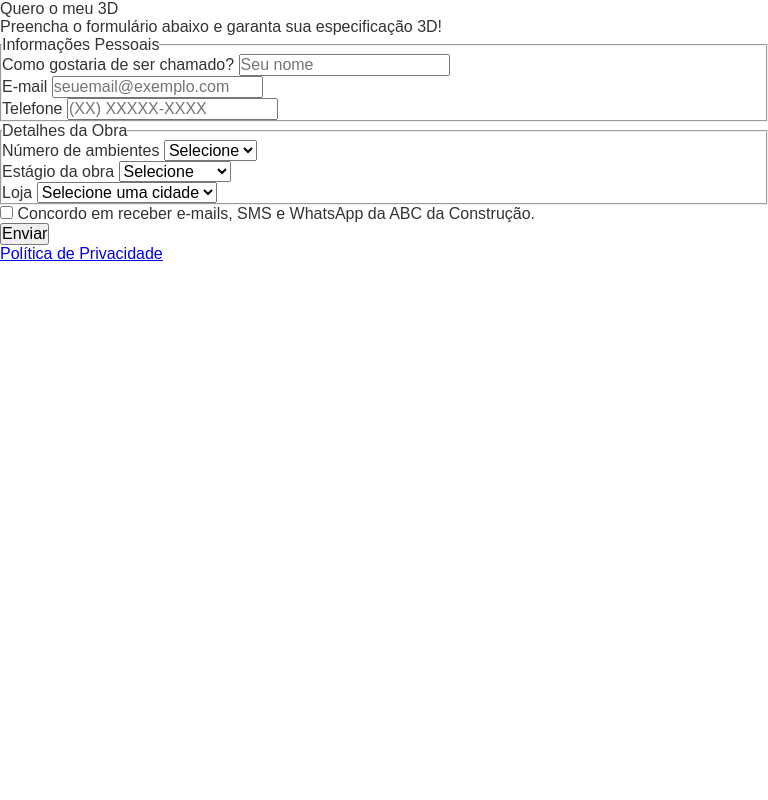
Repository: douglasabnovato/model-lp
Page: index11.html
An editor plug-in stored every save of this project. The page is shown before and after the next save, followed by the edit.
The browser window is 768 px wide. The pictures show the whole page.

Above is the page before, as saved 2025-03-07 19:10:47.

### index11.html
<!DOCTYPE html>
<html lang="en">
<head>
    <meta charset="UTF-8">
    <meta name="viewport" content="width=device-width, initial-scale=1.0">
    <title>Forms</title>
    <link rel="stylesheet" href="./style11.css">
</head>
<body>
    <section class="abc-formulario">
        <div class="formulario">
            <h3>Quero o meu 3D</h3>
            <div class="linha-separadora"></div>
            <p>Preencha o formulário abaixo e garanta sua especificação 3D!</p>

            <form action="/seu-script-de-envio" method="post" class="form-3d">
                <fieldset>
                    <legend>Informações Pessoais</legend>
                    <div class="campo">
                        <label for="nome">Como gostaria de ser chamado?</label>
                        <input type="text" id="nome" name="nome" placeholder="Seu nome" required aria-required="true">
                    </div>
                    <div class="campo">
                        <label for="email">E-mail</label>
                        <input type="email" id="email" name="email" placeholder="seuemail@exemplo.com" required aria-required="true">
                    </div>
                    <div class="campo">
                        <label for="telefone">Telefone</label>
                        <input type="tel" id="telefone" name="telefone" placeholder="(XX) XXXXX-XXXX" required aria-required="true">
                    </div>
                </fieldset>

                <fieldset>
                    <legend>Detalhes da Obra</legend>
                    <div class="campo">
                        <label for="num_ambiente">Número de ambientes</label>
                        <select id="num_ambiente" name="num_ambiente" required aria-required="true">
                            <option value="" disabled selected>Selecione</option>
                            <option value="1">1</option>
                            <option value="2">2</option>
                            <option value="3">3</option>
                        </select>
                    </div>
                    <div class="campo">
                        <label for="estado_obra">Estágio da obra</label>
                        <select id="estado_obra" name="estado_obra" required aria-required="true">
                            <option value="" disabled selected>Selecione</option>
                            <option value="fundacao">Fundação</option>
                            <option value="alvenaria">Alvenaria</option>
                            <option value="acabamento">Acabamento</option>
                        </select>
                    </div>
                    <div class="campo">
                        <label for="loja">Loja</label>
                        <select id="loja" name="loja" required aria-required="true">
                            <option value="" disabled selected>Selecione uma cidade</option>
                            <option value="acre">Acre</option>
                            <option value="alagoas">Alagoas</option>
                            <option value="amapa">Amapá</option>
                            <option value="amazonas">Amazonas</option>
                            <option value="bahia">Bahia</option>
                        </select>
                    </div>
                </fieldset>

                <div class="campo checkbox-container">
                    <input type="checkbox" id="newsletter" name="newsletter" value="newsletter">
                    <label for="newsletter">Concordo em receber e-mails, SMS e WhatsApp da ABC da Construção.</label>
                </div>

                <div class="campo">
                    <button type="submit" class="cta-button">Enviar</button>
                </div>
            </form>

            <p class="politica-privacidade">
                <a href="/politica-privacidade" aria-label="Link para a política de privacidade">Política de Privacidade</a>
            </p>

        </div>
    </section>
</body>
</html>

### style11.css
/* Variáveis CSS */
:root {
    --cor-fundo-principal: #FFFFFF;
    --cor-texto-principal: #333;
    --cor-azul-destaque: #0D6A90;
    --cor-verde-destaque: #87C34A;
    --cor-cinza-claro: #D6DADB;
    --cor-cinza-medio: #838588;
    --tamanho-fonte-base: 1rem;
    --espacamento-base: 1rem;
}

/* Estilos Globais */
* {
    box-sizing: border-box;
    margin: 0;
    padding: 0;
    font-family: 'Montserrat', sans-serif;
    font-size: var(--tamanho-fonte-base);
    font-weight: 400;
}

body {
    background-color: var(--cor-fundo-principal);
    color: var(--cor-texto-principal);
}

/* Componente: Formulário */
.formulario-abc {
    max-width: 800px;
    margin: 2rem auto;
    padding: 2rem;
}

.formulario-abc__titulo {
    font-size: 2rem;
    text-align: center;
    color: var(--cor-azul-destaque);
    margin-bottom: var(--espacamento-base);
}

.formulario-abc__linha-separadora {
    width: 5rem;
    height: 2px;
    background-color: var(--cor-azul-destaque);
    margin: 1rem auto;
}

.formulario-abc__descricao {
    font-size: 1.2rem;
    text-align: center;
    margin-bottom: 2rem;
}

.formulario-abc__form {
    display: grid;
    gap: 1rem;
}

.formulario-abc__fieldset {
    border: none;
    padding: 0;
}

formulario-abc__fieldset legend {
    font-size: 1.2rem;
    font-weight: bold;
    color: var(--cor-azul-destaque);
    margin-bottom: 0.5rem;
}

.formulario-abc__campo {
    display: flex;
    flex-direction: column;
}

.formulario-abc__label {
    font-size: 1rem;
    color: var(--cor-azul-destaque);
    margin-bottom: 0.25rem;
}

.formulario-abc__input,
.formulario-abc__select {
    padding: 0.5rem;
    border: 1px solid var(--cor-cinza-claro);
    font-size: 1rem;
    color: var(--cor-cinza-medio);
}

.formulario-abc__checkbox-container {
    display: flex;
    align-items: center;
    gap: 0.5rem;
}

.formulario-abc__checkbox-label {
    font-size: 1rem;
}

.formulario-abc__botao-enviar {
    background-color: var(--cor-verde-destaque);
    color: white;
    padding: 1rem 2rem;
    border: none;
    border-radius: 2rem;
    font-size: 1.1rem;
    cursor: pointer;
    transition: background-color 0.3s ease;
}

.formulario-abc__botao-enviar:hover {
    background-color: #689237;
}

/* Responsividade */
@media (max-width: 768px) {
    .formulario-abc {
        padding: 1rem;
    }

    .formulario-abc__form {
        grid-template-columns: 1fr;
    }
}

After the next save:
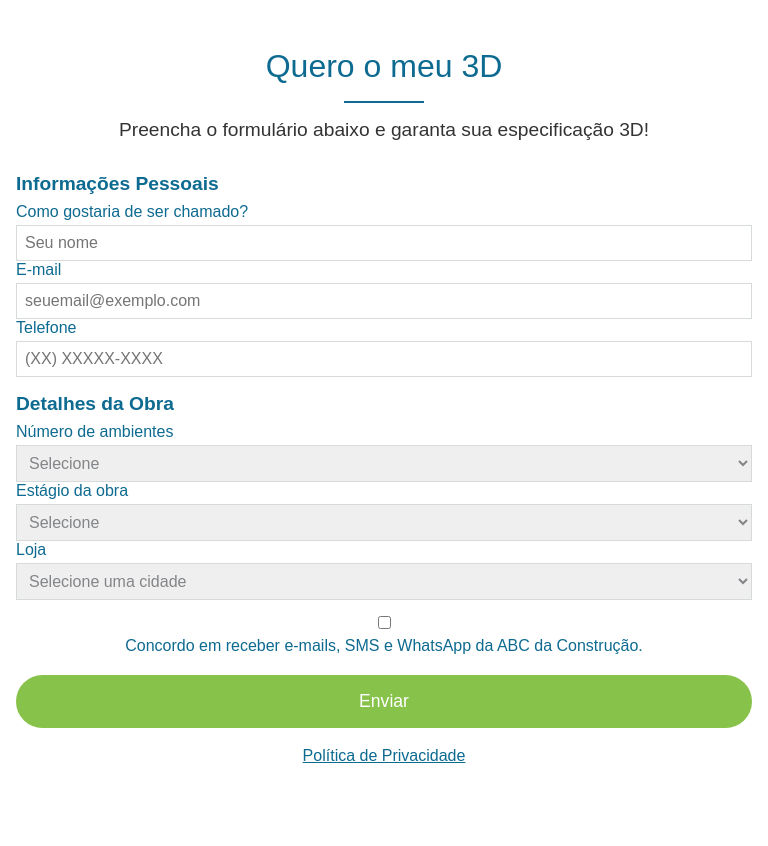
Saved 87 s later.
--- a/style11.css
+++ b/style11.css
@@ -8,97 +8,108 @@
     --cor-cinza-medio: #838588;
     --tamanho-fonte-base: 1rem;
     --espacamento-base: 1rem;
-}
+  }
 
-/* Estilos Globais */
-* {
+  /* Estilos Globais */
+  * {
     box-sizing: border-box;
     margin: 0;
     padding: 0;
     font-family: 'Montserrat', sans-serif;
     font-size: var(--tamanho-fonte-base);
     font-weight: 400;
-}
+  }
 
-body {
+  body {
     background-color: var(--cor-fundo-principal);
     color: var(--cor-texto-principal);
-}
+  }
 
-/* Componente: Formulário */
-.formulario-abc {
+  /* Componente: Formulário */
+  .abc-formulario {
     max-width: 800px;
     margin: 2rem auto;
     padding: 2rem;
-}
+    background-color: var(--cor-fundo-principal); /* Cor de fundo definida aqui */
+    position: static; /* Remove o posicionamento relativo */
+    height: auto; /* Altura automática */
+  }
 
-.formulario-abc__titulo {
+  .formulario {
+    /* Remove estilos desnecessários */
+    position: static;
+    width: auto;
+    height: auto;
+    background-color: transparent;
+  }
+
+  .formulario h3 {
     font-size: 2rem;
     text-align: center;
     color: var(--cor-azul-destaque);
     margin-bottom: var(--espacamento-base);
-}
+  }
 
-.formulario-abc__linha-separadora {
+  .linha-separadora {
     width: 5rem;
     height: 2px;
     background-color: var(--cor-azul-destaque);
     margin: 1rem auto;
-}
+  }
 
-.formulario-abc__descricao {
+  .abc-formulario .formulario p {
     font-size: 1.2rem;
     text-align: center;
     margin-bottom: 2rem;
-}
+  }
 
-.formulario-abc__form {
+  .form-3d {
     display: grid;
     gap: 1rem;
-}
+  }
 
-.formulario-abc__fieldset {
+  .form-3d fieldset {
     border: none;
     padding: 0;
-}
+  }
 
-formulario-abc__fieldset legend {
+  .form-3d legend {
     font-size: 1.2rem;
     font-weight: bold;
     color: var(--cor-azul-destaque);
     margin-bottom: 0.5rem;
-}
+  }
 
-.formulario-abc__campo {
+  .campo {
     display: flex;
     flex-direction: column;
-}
+  }
 
-.formulario-abc__label {
+  .campo label {
     font-size: 1rem;
     color: var(--cor-azul-destaque);
     margin-bottom: 0.25rem;
-}
+  }
 
-.formulario-abc__input,
-.formulario-abc__select {
+  .campo input,
+  .campo select {
     padding: 0.5rem;
     border: 1px solid var(--cor-cinza-claro);
     font-size: 1rem;
     color: var(--cor-cinza-medio);
-}
+  }
 
-.formulario-abc__checkbox-container {
+  .checkbox-container {
     display: flex;
     align-items: center;
     gap: 0.5rem;
-}
+  }
 
-.formulario-abc__checkbox-label {
+  .checkbox-container label {
     font-size: 1rem;
-}
+  }
 
-.formulario-abc__botao-enviar {
+  .cta-button {
     background-color: var(--cor-verde-destaque);
     color: white;
     padding: 1rem 2rem;
@@ -107,19 +118,29 @@ formulario-abc__fieldset legend {
     font-size: 1.1rem;
     cursor: pointer;
     transition: background-color 0.3s ease;
-}
+  }
 
-.formulario-abc__botao-enviar:hover {
+  .cta-button:hover {
     background-color: #689237;
-}
+  }
 
-/* Responsividade */
-@media (max-width: 768px) {
-    .formulario-abc {
-        padding: 1rem;
+  .politica-privacidade {
+    font-size: 0.9rem;
+    text-align: center;
+    margin-top: 1rem;
+  }
+
+  .politica-privacidade a {
+    color: var(--cor-azul-destaque);
+  }
+
+  /* Responsividade */
+  @media (max-width: 768px) {
+    .abc-formulario {
+      padding: 1rem;
     }
 
-    .formulario-abc__form {
-        grid-template-columns: 1fr;
+    .form-3d {
+      grid-template-columns: 1fr;
     }
-}
+  }
